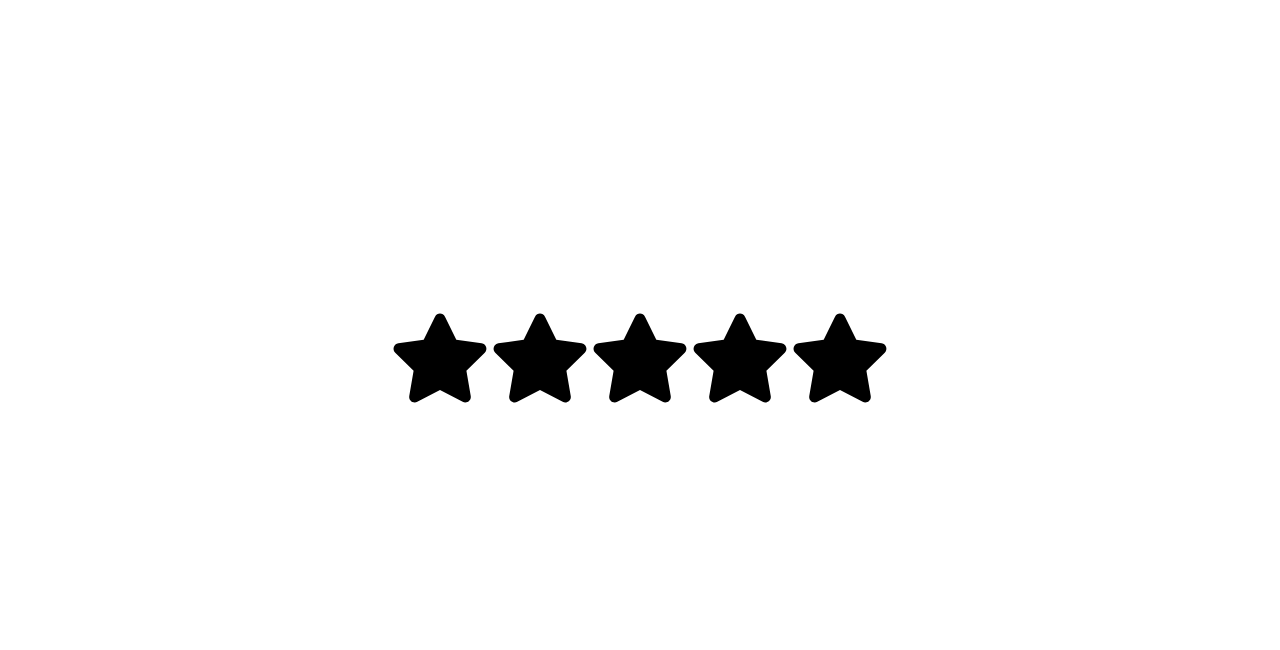
Repository: praveen-javali/star-rating
Page: /
The author's editor kept a copy of each file at every save. The page is drawn from the files as they stood at one save, then again after the next save.
The browser window is 1280 px wide. The pictures show the whole page.
The project was rebuilt for these pictures with package versions that can differ from the ones it lists, and the page was loaded fresh each time.

Above is the page before, as saved 2022-12-18 16:11:35.

After the next save:
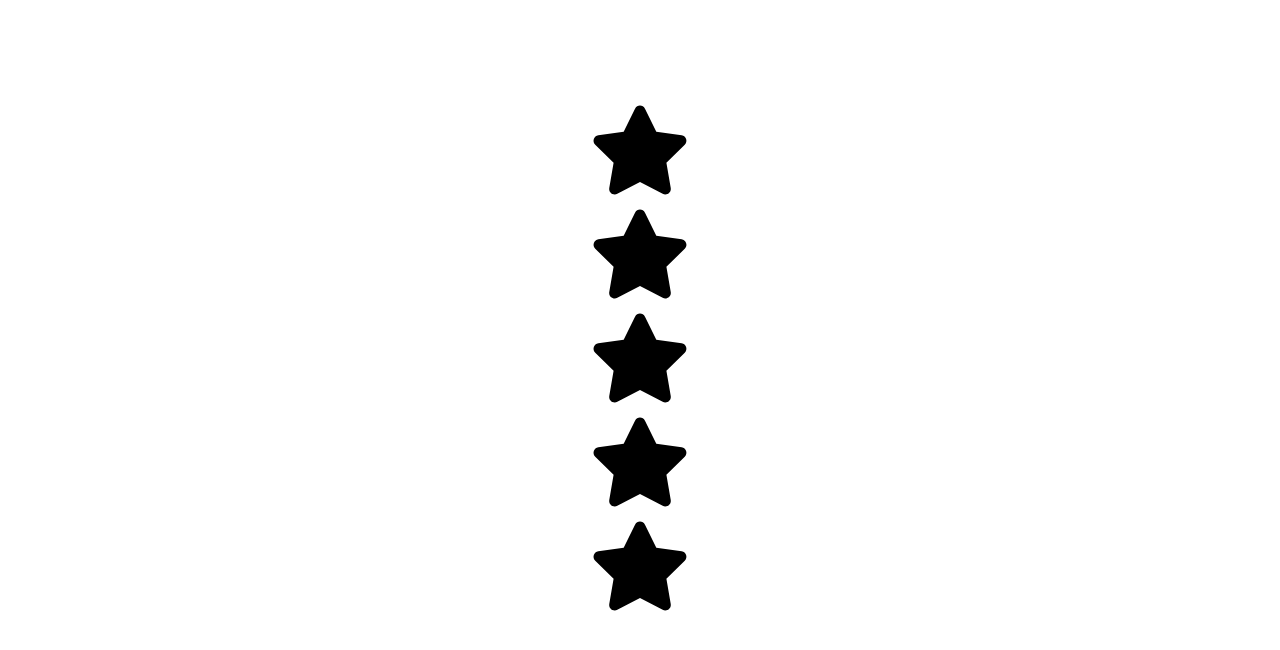
Saved 51 s later.
--- a/src/components/StarRating.component.jsx
+++ b/src/components/StarRating.component.jsx
@@ -6,12 +6,12 @@ const StarRating = () => {
     <div>
       {[...Array(5)].map((star, index) => {
         return (
-          <>
+          <div>
             <label key={index}>
               <input type="radio" name="rating" />
               <FaStar size={100} />
             </label>
-          </>
+          </div>
         );
       })}
     </div>
